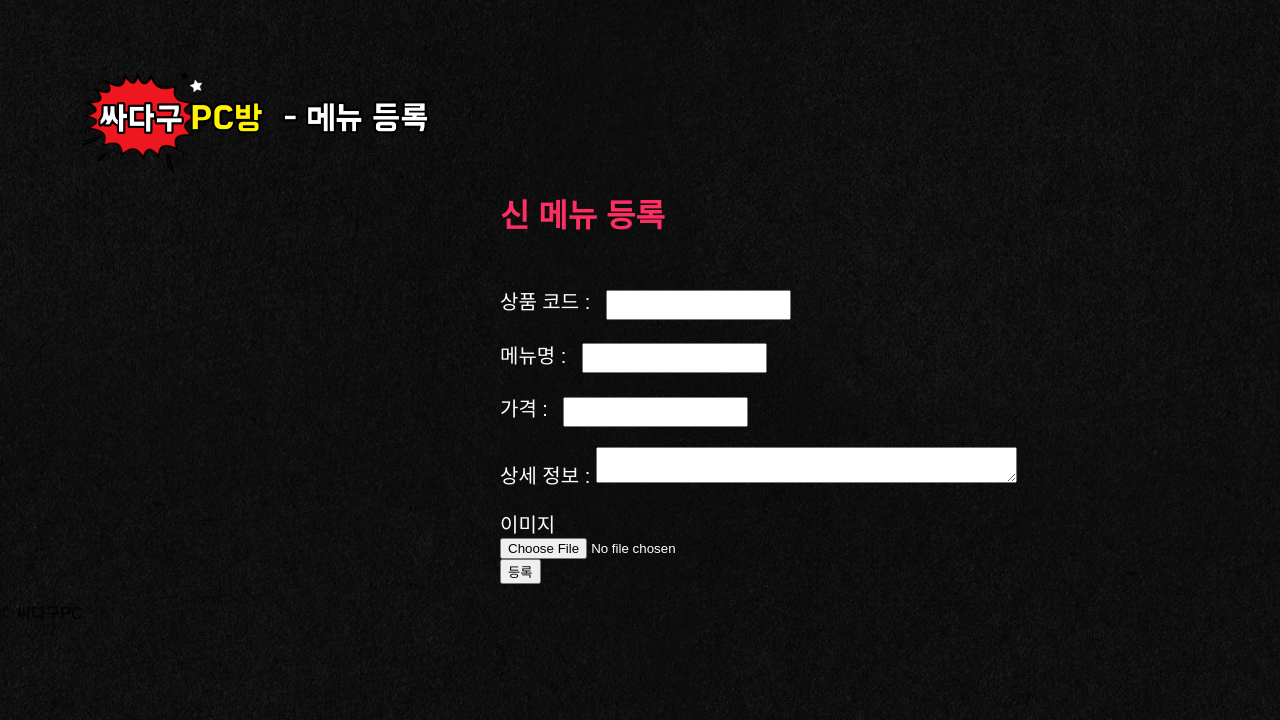
Repository: lkwoung/webProject-assignment
Page: http://localhost/CheapPC/addMenu.jsp
The author's editor kept a copy of each file at every save. The page is drawn from the files as they stood at one save, then again after the next save.
The browser window is 1280 px wide. The pictures show the whole page.
Some web fonts or font styles are not loaded; a fallback is used. The page is served by Tomcat 9. Other server files are loaded and not shown.

Above is the page before, as saved 2020-12-13 15:17:13.

### CheapPC/WebContent/addMenu.jsp
<%@ page contentType="text/html; charset=utf-8" %>
<html>

<head>
<link href="https://fonts.googleapis.com/earlyaccess/hanna.css" rel="stylesheet" type="text/css" />
<link rel="stylesheet" href="css/addMenu.css">
<title>메뉴 추가</title>
</head>
<body>
<div style="margin-top:190px; margin-left:500px;" >
<h1 style="color:#FE2E64; margin-bottom:50px;">신 메뉴 등록 </h1>
	<form name = "newProduct" action="./processAddBook.jsp" method = "post">
	<div style="color:#fff; font-size:20px;">
		<label >상품 코드  :</label>
			<input type="text" style="margin-left:10px; height:30px; margin-bottom:20px;"name="FoodId" class="form-control">
	</div>
<div style="color:#fff; font-size:20px;">
		<label >메뉴명  :</label>
			<input type="text" style="margin-left:10px; height:30px;margin-bottom:20px;"name="name" class="form-control">
	</div>

	<div style="color:#fff; font-size:20px;">
		<label >가격 : </label>

			<input type="text" style="margin-left:10px; height:30px; margin-bottom:20px;"name="price" class="form-control">

	</div>

	<div style="color:#fff; font-size:20px; margin-bottom:20px;" >
	<label >상세 정보 : </label>
	<textarea name = "description" cols="50" rows="2"></textarea>
	</div>


	<div style="color:#fff; font-size:20px;" >
		<label >이미지</label>
		<div class = "col-sm-5">
			<input type = "file" name = "productImage" class="form-control">
		</div>
	</div>


	<div class="form-group row">
		<div class = "col-sm-offset-2 col-sm-10">
			<input type="submit" name="btn btn-primary" value="등록">
		</div>
	</div>


	</form>
</div>



<footer class="container">
<p>&copy; 싸다구PC</p>
</footer>
</body>

</html>

### CheapPC/WebContent/css/addMenu.css
body
{
	background: url(image/menu.png) no-repeat center center fixed;
	-webkit-background-size: cover;
	-moz-background-size: cover;
	-o-background-size: cover;
	background-size: cover;
    margin: 0;
    font-size: 16px;
    font-family:'Hanna', sans-serif;
    -webkit-font-smoothing: antialiased;
}

After the next save:
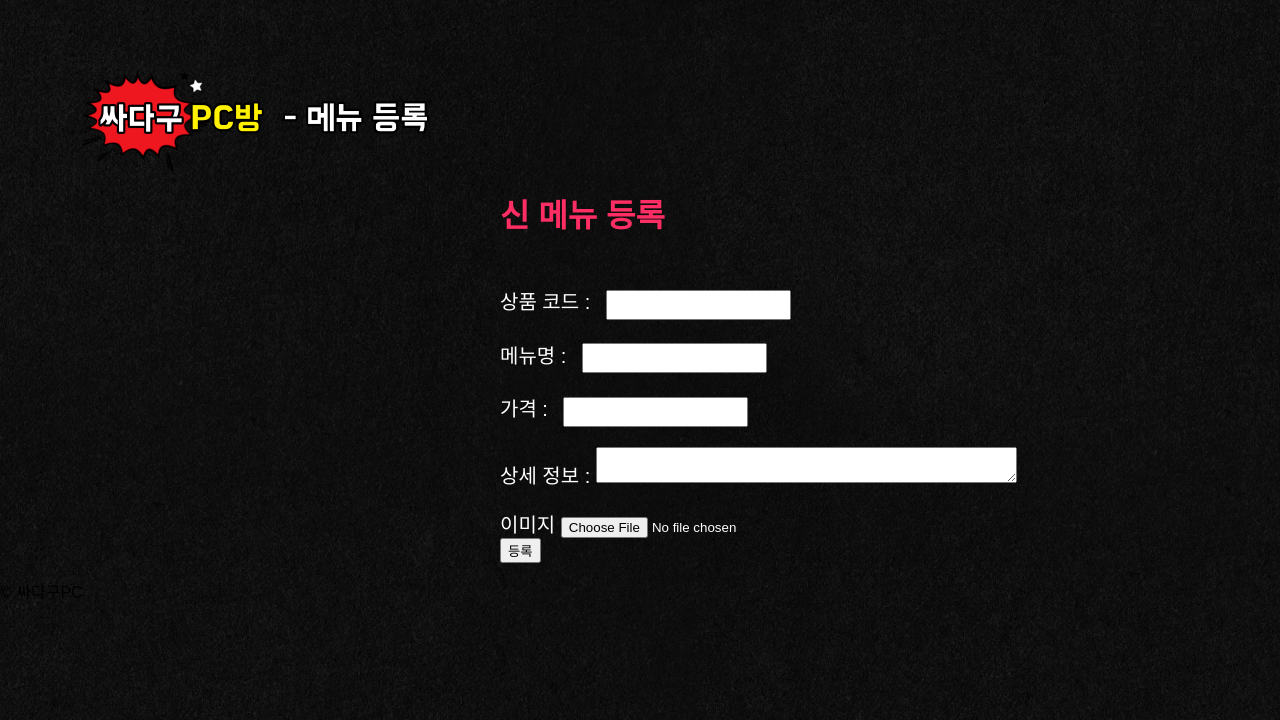
Saved 92 s later.
--- a/CheapPC/WebContent/addMenu.jsp
+++ b/CheapPC/WebContent/addMenu.jsp
@@ -34,9 +34,8 @@
 
 	<div style="color:#fff; font-size:20px;" >
 		<label >이미지</label>
-		<div class = "col-sm-5">
+
 			<input type = "file" name = "productImage" class="form-control">
-		</div>
 	</div>
 
 

After the save that followed:
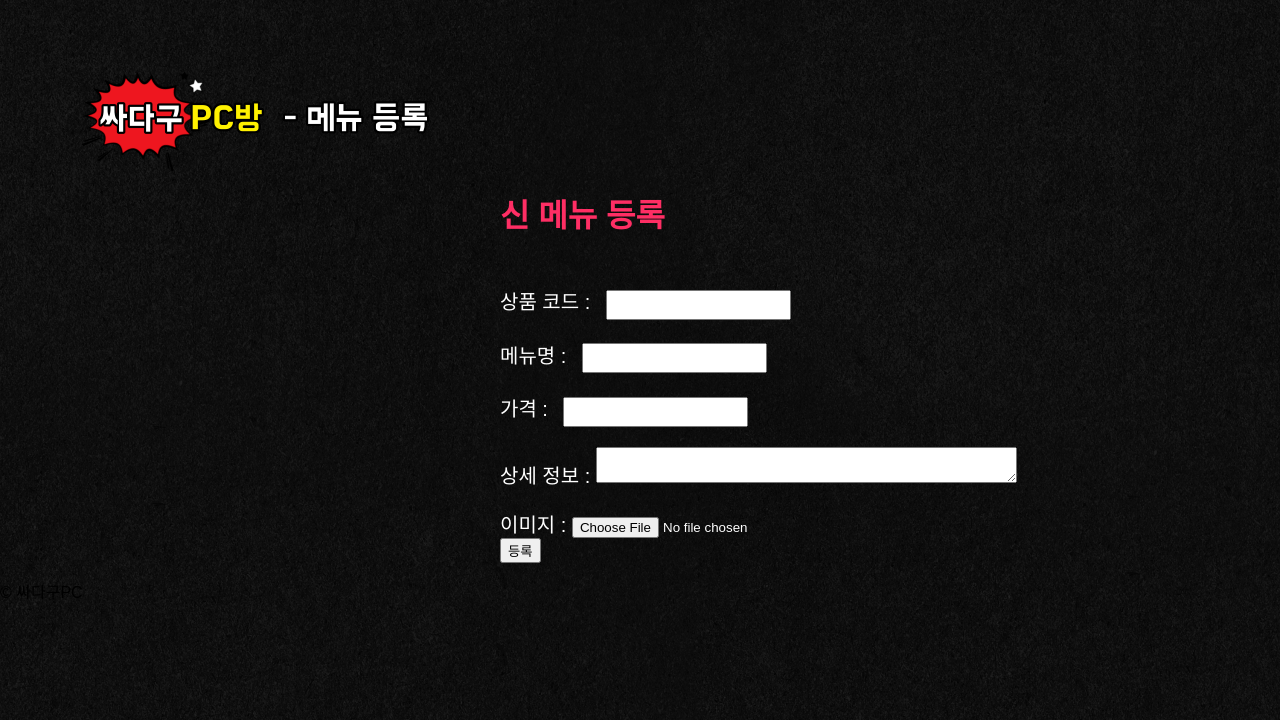
Saved 10 s later.
--- a/CheapPC/WebContent/addMenu.jsp
+++ b/CheapPC/WebContent/addMenu.jsp
@@ -33,7 +33,7 @@
 
 
 	<div style="color:#fff; font-size:20px;" >
-		<label >이미지</label>
+		<label >이미지 : </label>
 
 			<input type = "file" name = "productImage" class="form-control">
 	</div>
